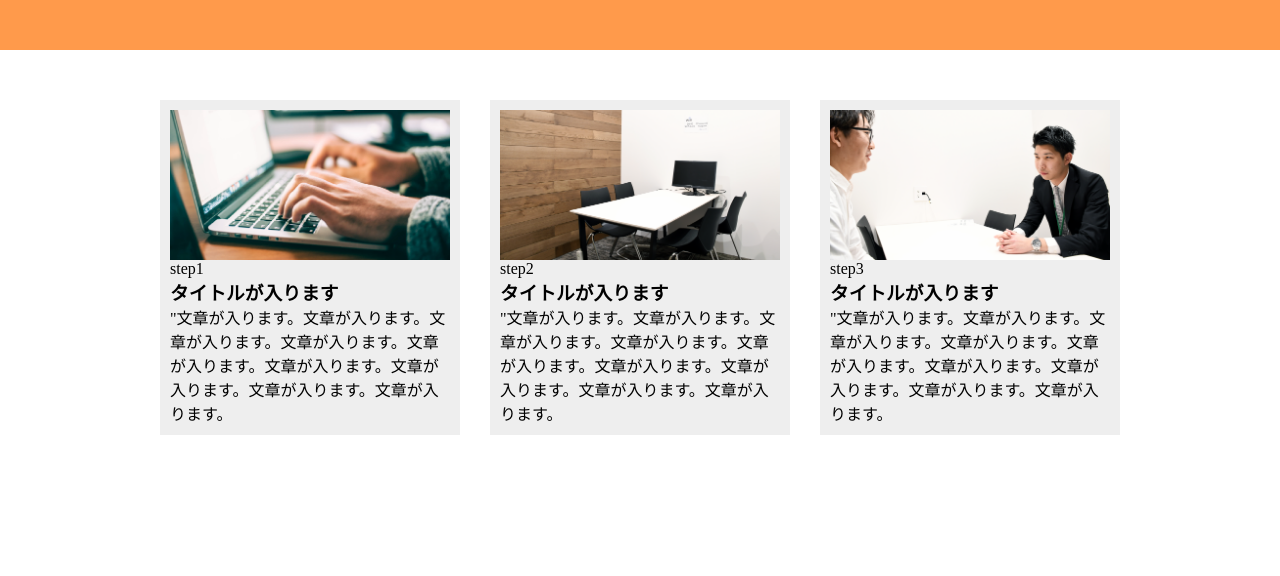
Repository: Yuya0829/HTML
Page: exercise/exercise9.html
The author's editor kept a record of every edit. The page is drawn from the files as they stood at one moment, then again after the next edit.
The browser window is 1280 px wide. The pictures show the whole page.

Above is the page before.

### exercise/exercise9.html
<!DOCTYPE html>
<html lang="ja">
  <head>
    <meta charset="UTF-8" />
    <title>EXERCISE9</title>
    <link rel="stylesheet" href="exercise9.css" />
  </head>

  <body>
    <header></header>
    <main>
      <div class="step-box">
        <div class="step-img1"></div>
        <span class="step-num">step1</span>
        <h3 class="title">タイトルが入ります</h3>
        <p class="text">
          "文章が入ります。文章が入ります。文章が入ります。文章が入ります。文章が入ります。文章が入ります。文章が入ります。文章が入ります。文章が入ります。
        </p>
      </div>
      <div class="step-box">
        <div class="step-img2"></div>
        <span class="step-num">step2</span>
        <h3 class="title">タイトルが入ります</h3>
        <p class="text">
          "文章が入ります。文章が入ります。文章が入ります。文章が入ります。文章が入ります。文章が入ります。文章が入ります。文章が入ります。文章が入ります。
        </p>
      </div>
      <div class="step-box">
        <div class="step-img3"></div>
        <span class="step-num">step3</span>
        <h3 class="title">タイトルが入ります</h3>
        <p class="text">
          "文章が入ります。文章が入ります。文章が入ります。文章が入ります。文章が入ります。文章が入ります。文章が入ります。文章が入ります。文章が入ります。
        </p>
      </div>
    </main>
    <footer></footer>
  </body>
</html>

### exercise/exercise9.css
* {
  margin: 0;
  padding: 0;
  box-sizing: border-box;
}

header {
  height: 50px;
  background-color: #ff9a4b;
}

main {
  width: 960px;
  margin: 50px auto;
  display: flex;
}

.step-box {
  width: 300px;
  margin-right: 30px;
  padding: 10px;
  position: relative;
  background-color: #eee;
}

.step-box:last-child {
  margin-right: 0;
}

.step-img1 {
  height: 150px;
  background-image: url(img/flow01.png);
  background-position: bottom;
  background-size: cover;
}

.step-img2 {
  height: 150px;
  background-image: url(img/flow02.png);
  background-position: bottom;
  background-size: cover;
}

.step-img3 {
  height: 150px;
  background-image: url(img/flow03.png);
  background-position: bottom;
  background-size: cover;
}

After the next edit:
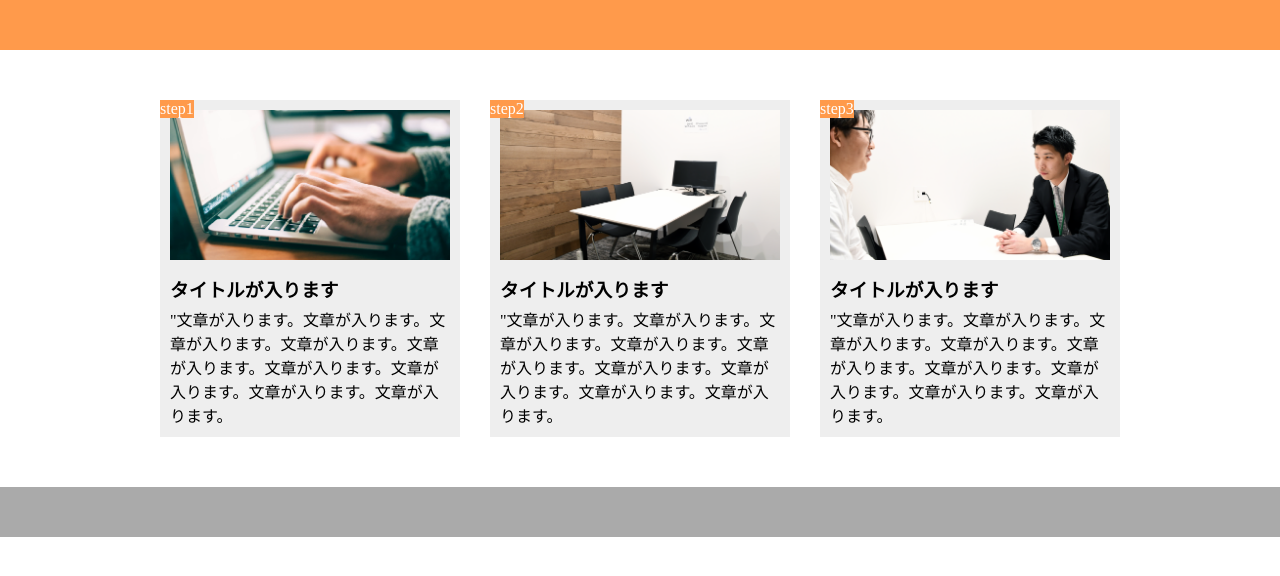
The edit:
--- a/exercise/exercise9.css
+++ b/exercise/exercise9.css
@@ -47,3 +47,20 @@ main {
   background-position: bottom;
   background-size: cover;
 }
+
+.step-num {
+  position: absolute;
+  top: 0;
+  left: 0;
+  background-color: #ff9a4b;
+  color: #fff;
+}
+
+.title {
+  margin: 15px 0 5px;
+}
+
+footer {
+  height: 50px;
+  background-color: #aaa;
+}
